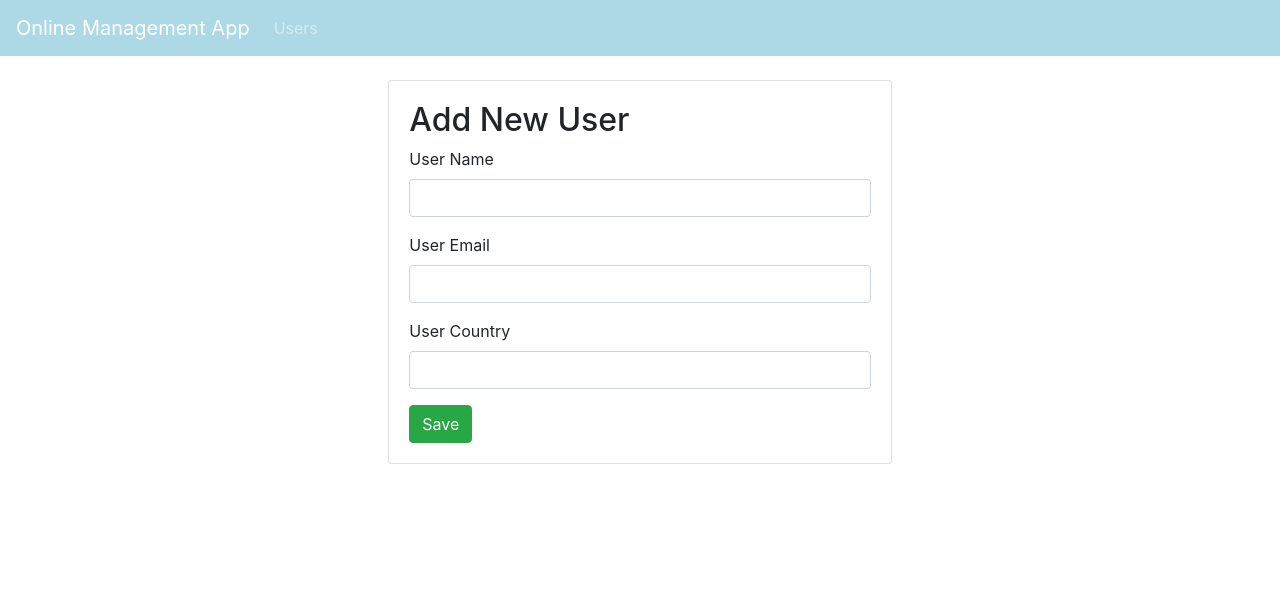
Repository: chamoddevinda0001/myfirstServelet
Page: http://localhost/OnlineEventManagementSystem/new
These files come from the project's save history. The page is drawn as it stood at one moment and after the next save; the edit follows.
The browser window is 1280 px wide. The pictures show the whole page.
The page is served by Tomcat 9. Other server files are loaded and not shown.

Above is the page before, as saved 2020-10-15 15:20:42.

### OnlineEventManagementSystem/WebContent/user-form.jsp
<%@ page language="java" contentType="text/html; charset=UTF-8"
	pageEncoding="UTF-8"%>
<%@ taglib uri="http://java.sun.com/jsp/jstl/core" prefix="c"%>
<!DOCTYPE html>
<html>
<html>
<head>
<title>Online Management Application</title>
<link rel="stylesheet"
	href="https://stackpath.bootstrapcdn.com/bootstrap/4.3.1/css/bootstrap.min.css"
	integrity="sha384-ggOyR0iXCbMQv3Xipma34MD+dH/1fQ784/j6cY/iJTQUOhcWr7x9JvoRxT2MZw1T"
	crossorigin="anonymous">
</head>
<body>

	<header>
		<nav class="navbar navbar-expand-md navbar-dark"
			style="background-color: #ADD8E6;">
			<div>
				<a href="https://www.javaguides.net" class="navbar-brand"> Online Management App </a>
			</div>

			<ul class="navbar-nav">
				<li><a href="<%=request.getContextPath()%>/list"
					class="nav-link">Users</a></li>
			</ul>
		</nav>
	</header>
	<br>
	<div class="container col-md-5">
		<div class="card">
			<div class="card-body">
				<c:if test="${user != null}">
					<form action="update" method="post">
				</c:if>
				<c:if test="${user == null}">
					<form action="insert" method="post">
				</c:if>

				<caption>
					<h2>
						<c:if test="${user != null}">
            			Edit User
            		</c:if>
						<c:if test="${user == null}">
            			Add New User
            		</c:if>
					</h2>
				</caption>

				<c:if test="${user != null}">
					<input type="hidden" name="idnumber" value="<c:out value='${user.idnumber}' />" />
				</c:if>

				<fieldset class="form-group">
					<label>User Name</label> <input type="text"
						value="<c:out value='${user.name}' />" class="form-control"
						name="name" required="required">
				</fieldset>

				<fieldset class="form-group">
					<label>User Email</label> <input type="text"
						value="<c:out value='${user.email}' />" class="form-control"
						name="email">
				</fieldset>

				<fieldset class="form-group">
					<label>User Country</label> <input type="text"
						value="<c:out value='${user.country}' />" class="form-control"
						name="country">
				</fieldset>

				<button type="submit" class="btn btn-success">Save</button>
				</form>
			</div>
		</div>
	</div>
</body>
</html>

### OnlineEventManagementSystem/src/jsp/usermanagement/web/UserServlet.java
package jsp.usermanagement.web;

import java.io.IOException;
import java.sql.SQLException;
import java.util.List;

import javax.servlet.RequestDispatcher;
import javax.servlet.ServletException;
import javax.servlet.annotation.WebServlet;
import javax.servlet.http.HttpServlet;
import javax.servlet.http.HttpServletRequest;
import javax.servlet.http.HttpServletResponse;

import jsp.usermanagement.dao.UserDAO;
import jsp.usermanagement.model.User;


/**
 * Servlet implementation class UserServlet
 */
@WebServlet("/")
public class UserServlet extends HttpServlet {
	private static final long serialVersionUID = 1L;
	private UserDAO userDAO;

	public void init() {
		userDAO = new UserDAO();
	}

    /**
     * @see HttpServlet#HttpServlet()
     */
    public UserServlet() {
        super();
        // TODO Auto-generated constructor stub
    }



    /**
	 * @see HttpServlet#doPost(HttpServletRequest request, HttpServletResponse response)
	 */
	protected void doPost(HttpServletRequest request, HttpServletResponse response) throws ServletException, IOException {
		// TODO Auto-generated method stub
		doGet(request, response);
	}

	/**
	 * @see HttpServlet#doGet(HttpServletRequest request, HttpServletResponse response)
	 */
	protected void doGet(HttpServletRequest request, HttpServletResponse response)
			throws ServletException, IOException {
		String action = request.getServletPath();

		try {
			switch (action) {
			case "/new":
				showNewForm(request, response);
				break;
			case "/insert":
				insertUser(request, response);
				break;
			case "/delete":
				deleteUser(request, response);
				break;
			case "/edit":
				showEditForm(request, response);
				break;
			case "/update":
				updateUser(request, response);
				break;
			default:
				listUser(request, response);
				break;
			}
		}catch (SQLException ex) {
			throw new ServletException(ex);
		}
	}

	private void listUser(HttpServletRequest request, HttpServletResponse response)
			throws SQLException, IOException, ServletException {
		List<User> listUser = userDAO.selectAllUsers();
		request.setAttribute("listUser", listUser);
		RequestDispatcher dispatcher = request.getRequestDispatcher("user-list.jsp");
		dispatcher.forward(request, response);
	}


	private void showNewForm(HttpServletRequest request, HttpServletResponse response)
			throws ServletException, IOException {
		RequestDispatcher dispatcher = request.getRequestDispatcher("user-form.jsp");
		dispatcher.forward(request, response);
	}

	private void showEditForm(HttpServletRequest request, HttpServletResponse response)
			throws SQLException, ServletException, IOException {
		int idnumber = Integer.parseInt(request.getParameter("idnumber"));
		User existingUser = userDAO.selectUser(idnumber);
		RequestDispatcher dispatcher = request.getRequestDispatcher("user-form.jsp");
		request.setAttribute("user", existingUser);
		dispatcher.forward(request, response);

	}

	private void insertUser(HttpServletRequest request, HttpServletResponse response)
			throws SQLException, IOException {
		int idnumber 		= Integer.parseInt(request.getParameter("idnumber"));
		 String username	= request.getParameter("username");
		 String	password	= request.getParameter("password");
		 String email		= request.getParameter("email");
		 String contactno	= request.getParameter("contactno");
		 String occupation	= request.getParameter("occupation");
		 String address		= request.getParameter("address");
		 String country 	= request.getParameter("country");

		 User user = new User( idnumber, username, password, email, contactno, occupation,address, country);

		userDAO.insertUser(user);
		response.sendRedirect("list");
	}

	private void updateUser(HttpServletRequest request, HttpServletResponse response)
			throws SQLException, IOException {
		 String username	= request.getParameter("username");
		 String	password	= request.getParameter("password");
		 String email		= request.getParameter("email");
		 String contactno	= request.getParameter("contactno");
		 String occupation	= request.getParameter("occupation");
		 String address		= request.getParameter("address");
		 String country 	= request.getParameter("country");

		User book = new User( username, password, email, contactno, occupation,address, country);

		userDAO.updateUser(book);
		response.sendRedirect("list");
	}

	private void deleteUser(HttpServletRequest request, HttpServletResponse response)
			throws SQLException, IOException {
		int idnumber = Integer.parseInt(request.getParameter("idnumber"));
		userDAO.deleteUser(idnumber);
		response.sendRedirect("list");

	}

}

After the next save:
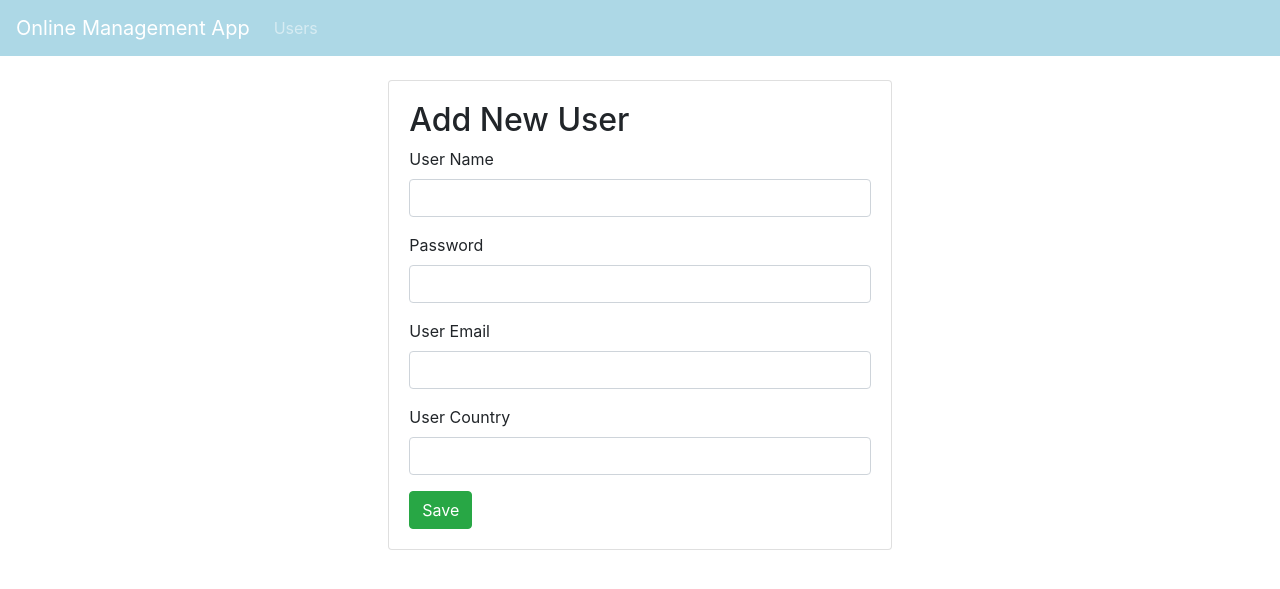
Saved 2 min 16 s later.
--- a/OnlineEventManagementSystem/WebContent/user-form.jsp
+++ b/OnlineEventManagementSystem/WebContent/user-form.jsp
@@ -54,8 +54,14 @@
 
 				<fieldset class="form-group">
 					<label>User Name</label> <input type="text"
-						value="<c:out value='${user.name}' />" class="form-control"
-						name="name" required="required">
+						value="<c:out value='${user.username}' />" class="form-control"
+						name="username" required="required">
+				</fieldset>
+
+				<fieldset class="form-group">
+					<label>Password</label> <input type="password"
+						value="<c:out value='${user.password}' />" class="form-control"
+						name="password" required="required">
 				</fieldset>
 
 				<fieldset class="form-group">
